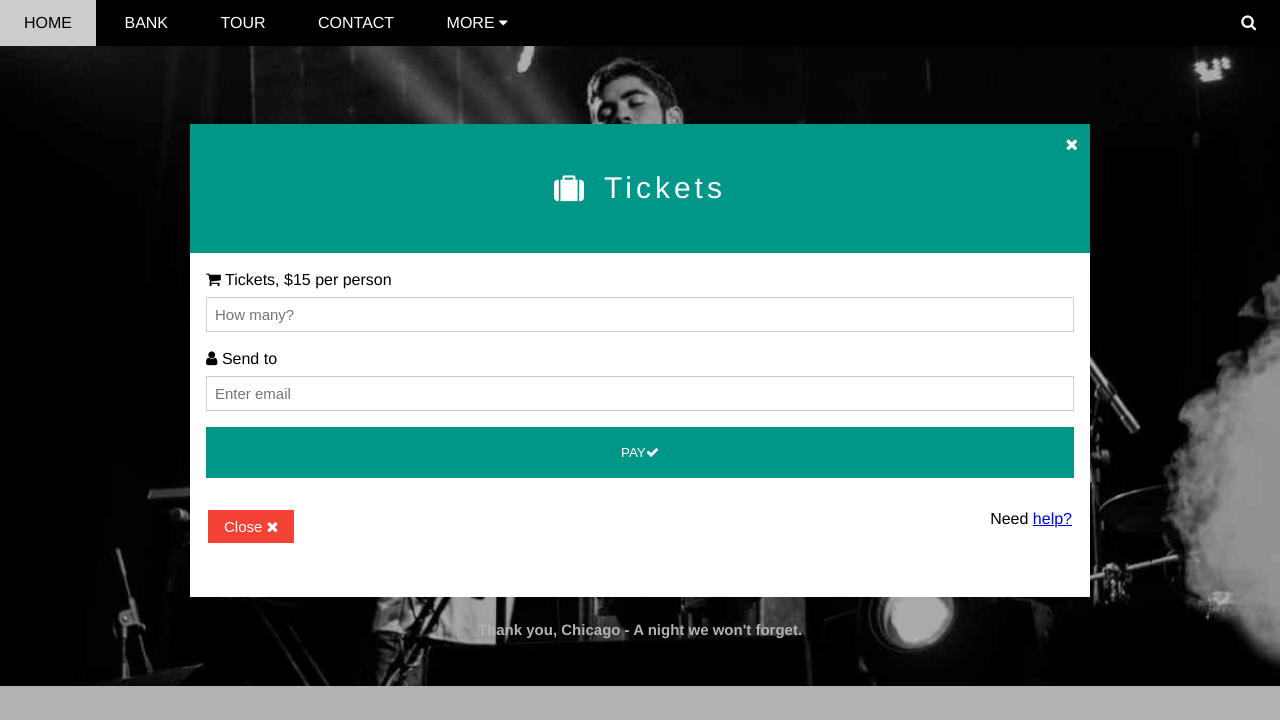
Repository: vuongtm1999/TheBand_W3School
Page: index.html
These files come from the project's save history. The page is drawn as it stood at one moment and after the next save; the edit follows.
The browser window is 1280 px wide. The pictures show the window.
A layer covers the whole window, so only the first screen is drawn.

Above is the page before, as saved 2022-08-27 16:21:11.

After the next save:
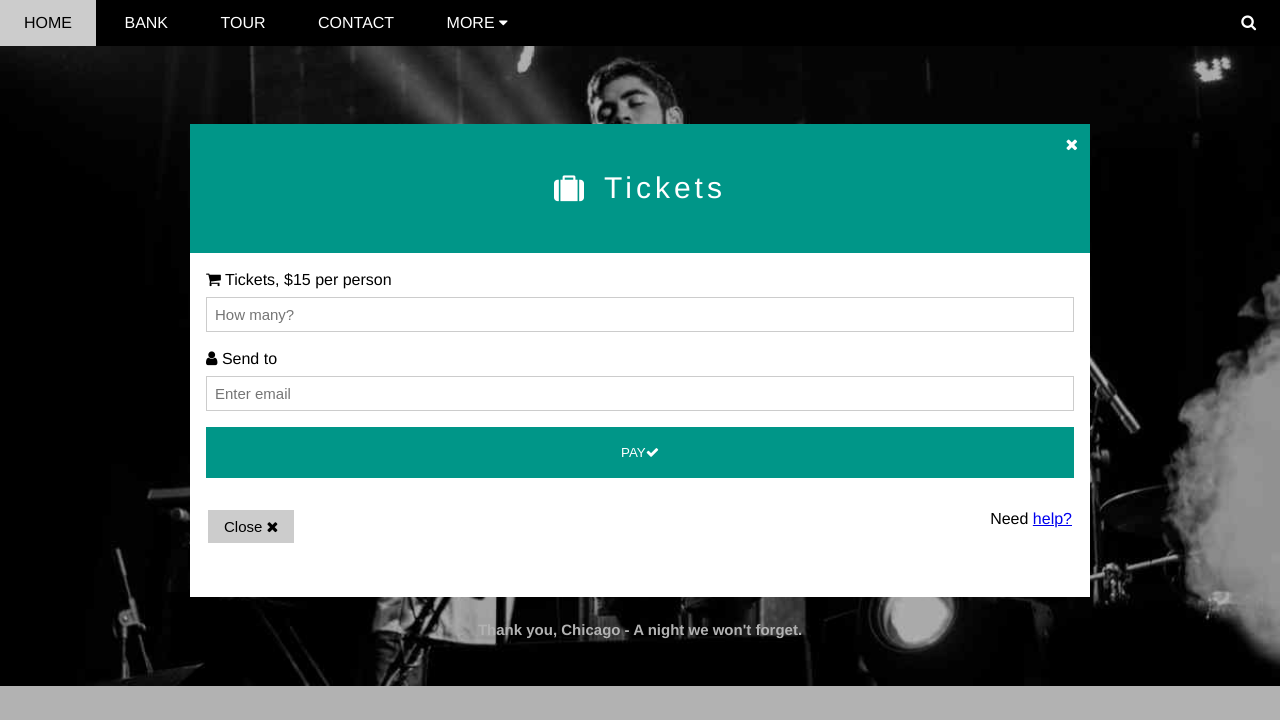
Saved 20 s later.
--- a/assets/css/style.css
+++ b/assets/css/style.css
@@ -411,6 +411,8 @@
 
 .btn-close{
     cursor: pointer;
+    background-color: #ccc;
+    color: #000;
 }
 
 #btn-help{

After the save that followed:
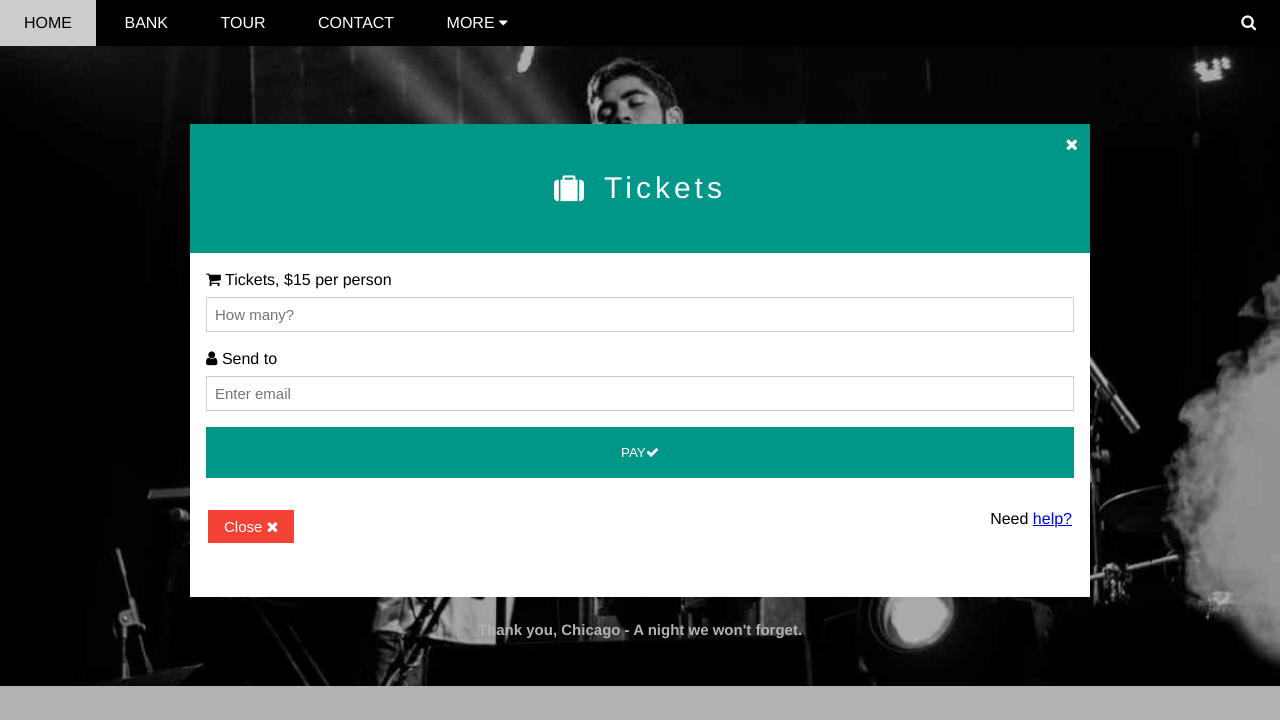
Saved 94 s later.
--- a/assets/css/style.css
+++ b/assets/css/style.css
@@ -409,7 +409,7 @@
     border: none;
 }
 
-.btn-close{
+.btn-close:hover{
     cursor: pointer;
     background-color: #ccc;
     color: #000;
